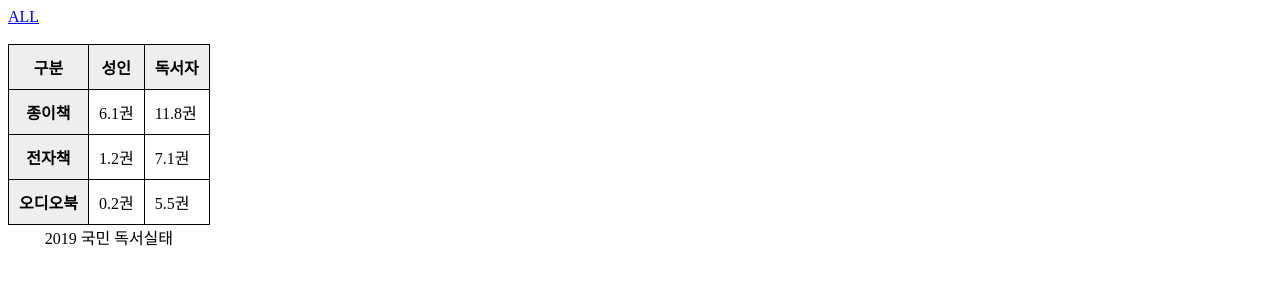
Repository: itkezi/HTML_2022_505
Page: Web/WebContent/HTML/0328_EX2.html
The author's editor kept a copy of each file at every save. The page is drawn from the files as they stood at one save, then again after the next save.
The browser window is 1280 px wide. The pictures show the whole page.

Above is the page before, as saved 2022-03-28 04:29:12.

After the next save:
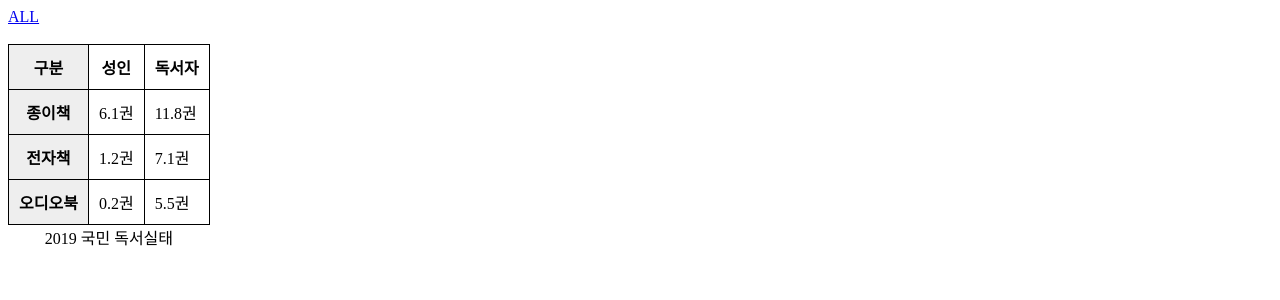
Saved 2 min 18 s later.
--- a/Web/WebContent/HTML/0328_EX2.html
+++ b/Web/WebContent/HTML/0328_EX2.html
@@ -14,7 +14,7 @@
 	padding : 10px;
 	border:1px solid black;
 	}
-th {
+.heading {
 	background-color: #eee
 	}
 
@@ -26,9 +26,12 @@
 <br><br>
   <table>
     <caption>2019 국민 독서실태</caption>
+    <col class='heading'>
+    <col>
+    <col>
     <thead>
       <tr>
-        <th>구분</th>
+        <th class='heading'>구분</th>
         <th>성인</th>
         <th>독서자</th>
       </tr>

After the save that followed:
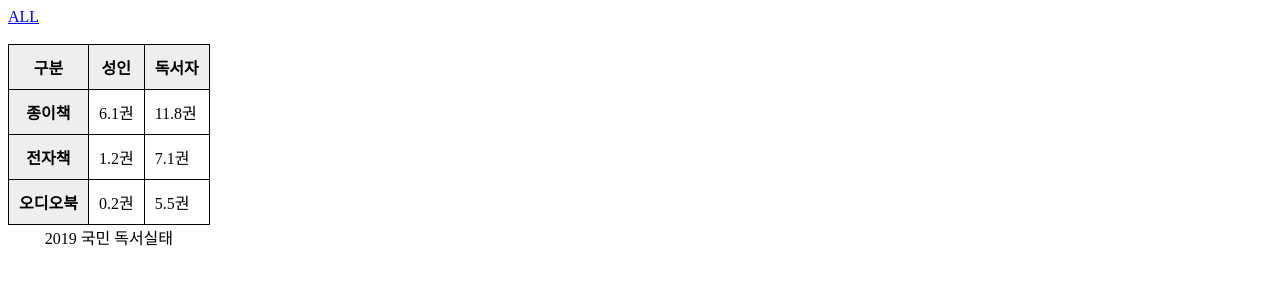
Saved 35 s later.
--- a/Web/WebContent/HTML/0328_EX2.html
+++ b/Web/WebContent/HTML/0328_EX2.html
@@ -30,8 +30,8 @@
     <col>
     <col>
     <thead>
-      <tr>
-        <th class='heading'>구분</th>
+      <tr class='heading'>
+        <th>구분</th>
         <th>성인</th>
         <th>독서자</th>
       </tr>
